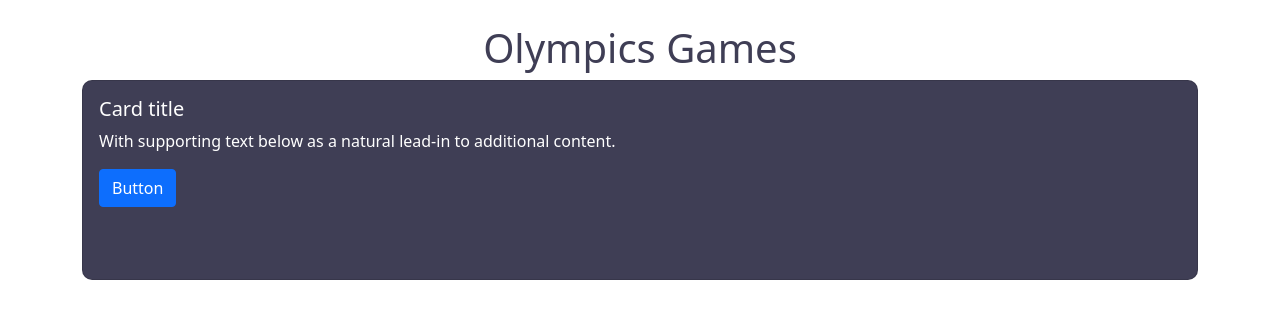
Repository: ahmedazawi/olympic_games
Page: client/views/index.html
The author's editor kept a copy of each file at every save. The page is drawn from the files as they stood at one save, then again after the next save.
The browser window is 1280 px wide. The pictures show the whole page.

Above is the page before, as saved 2021-12-24 12:58:29.

After the next save:
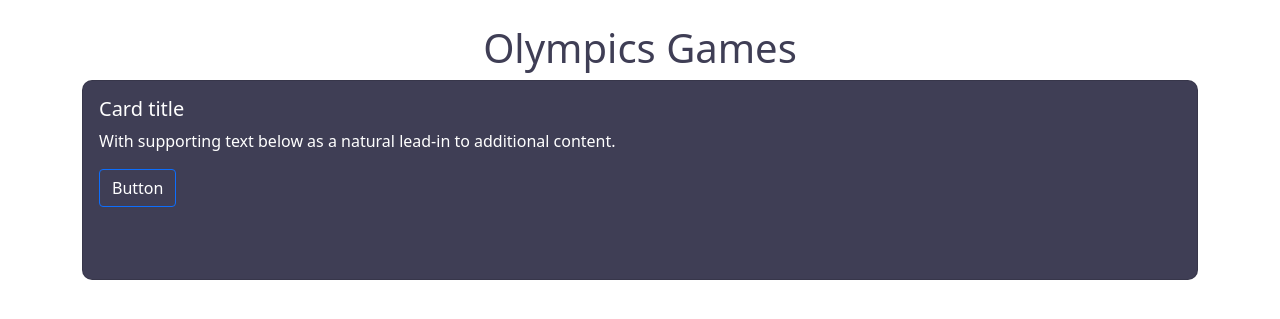
Saved 4 s later.
--- a/client/views/index.html
+++ b/client/views/index.html
@@ -27,7 +27,7 @@
                             <h5 class="card-title">Card title</h5>
                             <p class="card-text">With supporting text below as a natural lead-in to additional content.
                             </p>
-                            <a href="#" class="btn btn-primary">Button</a>
+                            <a href="#" class="btn btn-primary bg-app-color">Button</a>
                         </div>
                     </div>
                 </div>
